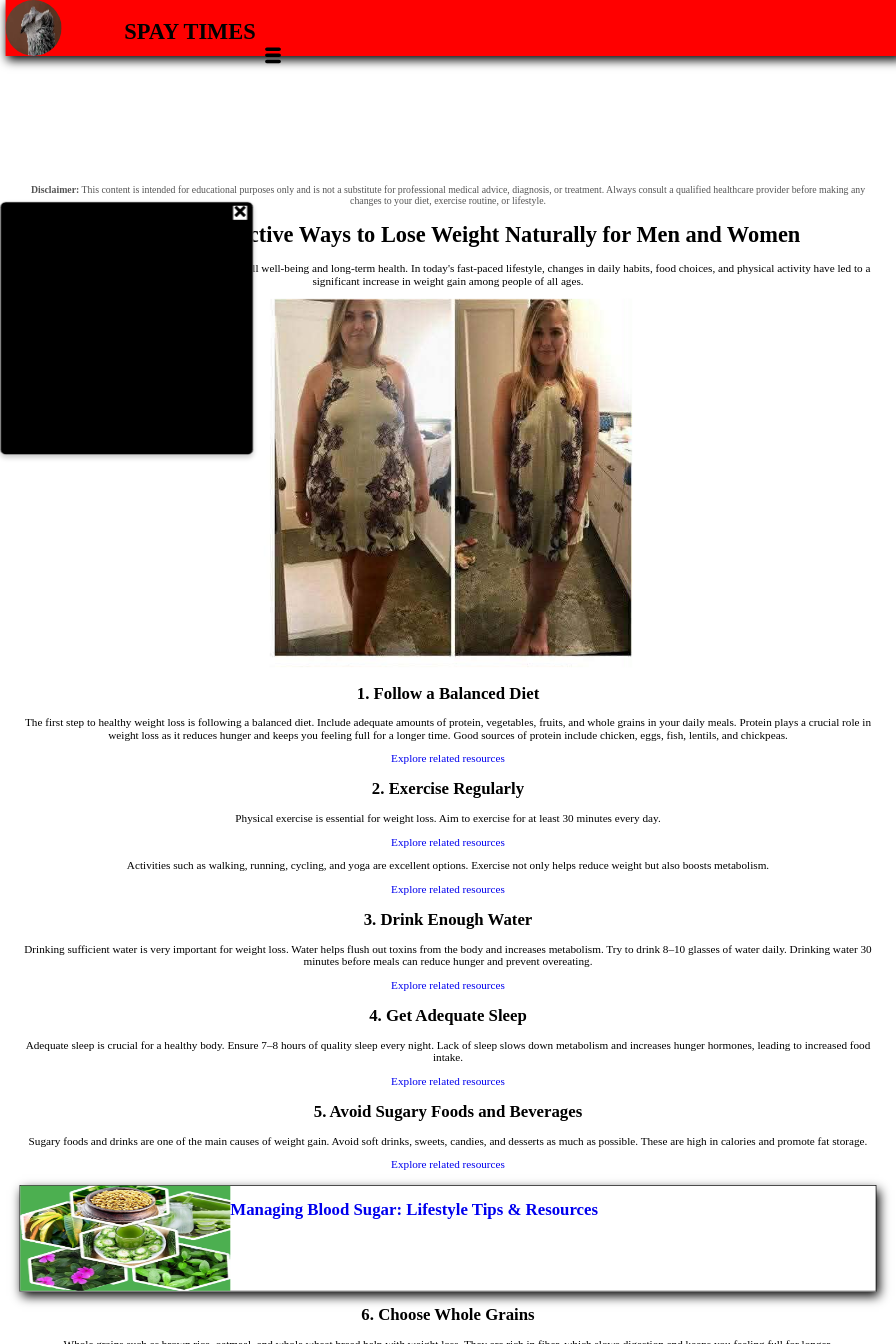
Repository: ridhukhan/spytimes
Page: /weightlose
An editor plug-in stored every save of this project. The page is shown before and after the next save, followed by the edit.
The browser window is 1280 px wide. The pictures show the part of the page from y = 0 to 1920 px (the page is 3596 px tall), at 70% of full size.
The project was rebuilt for these pictures with package versions that can differ from the ones it lists, and the page was loaded fresh each time. Also part of the build but not shown: vite.config.js, src/components/trending/Trending.jsx, src/pages/home/Home.jsx, src/components/policy/PrivecyPolicy.jsx, src/components/policy/Terms.jsx, src/components/trending/TrendingDetails.jsx, src/pages/heath/Dieabeties.jsx, src/pages/heath/Health.jsx and 1 more.

Above is the page before, as saved 2026-01-14 11:18:57.

### index.html
<!doctype html>
<html lang="en">
  <head>
    <meta charset="UTF-8" />
    <link rel="icon" type="image/svg+xml" href="/vite.svg" />
    <meta name="6a97888e-site-verification" content="945cf2ffcb6885b11db89e632c2e0750">

    <meta name="viewport" content="width=device-width, initial-scale=1.0" />
    <title>spytimes</title>
  </head>
  <body>

    <div id="root"></div>
     <script type="module" src="/src/main.jsx"></script>


  </body>
 </html>

### src/main.jsx
import {BrowserRouter} from "react-router-dom"

import { createRoot } from 'react-dom/client'
import './index.css'
import App from './App.jsx'
import { StrictMode } from "react"
createRoot(document.getElementById('root')).render(

    <BrowserRouter>
    <App />
    </BrowserRouter>

 ,
)

### src/index.css
@media screen and (max-width:414px){
  *{
    width: 100%;
    padding:0;
margin: 0;
  }

  body{
width: 100%;
background-color: white;
color: black;
  }
}

### src/App.jsx
import { Route, Routes } from "react-router-dom"
import Navbar from "./nav/Navbar"
import Home from "./pages/home/Home"
import PrivecyPolicy from "./components/policy/PrivecyPolicy"
import Terms from "./components/policy/Terms"
import TrendingDetails from "./components/trending/TrendingDetails"
import Dieabeties from "./pages/heath/Dieabeties"
import Health from "./pages/heath/Health"
import Allergy from "./pages/heath/Allergy"
import WeightLose from "./pages/heath/WeightLose"
import TopBannerAd from "./components/ads/TopAd"
import {PopUnderAd }from "./components/ads/PopunderAd"


function App() {

  return (
    <div>

   <Navbar/>
    <PopUnderAd/>
   <TopBannerAd/>

   <Routes>
    <Route path="/" element={<Home/>}/>
    <Route  path="/privecypolicy" element={<PrivecyPolicy/>}/>
    <Route  path="/Terms" element={<Terms/>}/>
    <Route  path="/Trendingdetails" element={<TrendingDetails/>}/>
    <Route path="/blood-sugar-natural-tips" element={<Dieabeties/>}/>
<Route path="/health" element={<Health/>}/>
<Route path="/allergy" element={<Allergy/>}/>
<Route path="/weightlose" element={<WeightLose/>}/>


   </Routes>
    </div>
  )
}

export default App

### src/nav/Navbar.jsx
import React from 'react'
import "./Navbar.css"
import { ImCross } from "react-icons/im";
import { TiThMenu } from "react-icons/ti";
import logo from "../assets/download.jpeg"
import { useState } from 'react';
import { Link} from 'react-router-dom';
const Navbar = () => {
    const [openmenu,setOpenmenu]=useState(false)
  return (
    <div style={{position:"fixed",backgroundColor:"red",display:"flex",
    width:"100%", height:"80px", top:"0", zIndex:"1000", boxShadow:"2px 5px 14px black"}}>
<img src={logo} alt="logo" style={{width:"80px", height:"80px", borderRadius:"100%"}}/>
<h1 style={{marginTop:"2%", marginLeft:"7%",}}>SPAY TIMES</h1>
<TiThMenu  onClick={()=>setOpenmenu(!openmenu)}  style={{width:"50px",height:"30px", marginTop:"5%", }}/>

   {openmenu? <div style={{display:"grid",position:"absolute",width:"90%",background:"black", height:"600px", zIndex:"999", marginTop:"10%", borderRadius:"19px", right:"0"}}>
<ImCross onClick={()=>setOpenmenu(null)} style={{ color:"red", left:"0", justifyContent:"flex-start", width:"50px", height:"30px"}}/>

  <ul>


    <Link to={"/"}><li>Home</li></Link>
    <li>USA</li>
    <li>UK</li>
    <li>ASIA</li>
    <Link to={"/health"}><li onClick={()=>setOpenmenu(null)}>Health</li></Link>
   <Link to={"/privecypolicy"}><li style={{color:"blue"}}>Privecy Policy</li></Link>
<Link to={"/Terms"}><li style={{color:"blue"}}>Terms &  condition</li></Link>

  </ul>










   </div>: null}
    </div>
  )
}


export default Navbar

### src/pages/heath/WeightLose.jsx
import React from 'react';
import weightlose from "../../assets/weightlose.jpeg";
import diabetes from "../../assets/diabetes01.png";
import { Link } from 'react-router-dom';
import {FullPageAdBanner} from '../../components/ads/FullPageAdBanner';
import AdBanner from '../../components/ads/AdsBanner';


const WeightLose = () => {
  return (
    <div style={{marginTop:"20%", textAlign:"center", padding: "0 20px"}}>
     <FullPageAdBanner/>
      <p style={{fontSize:"14px",color:"#555"}}>
        <strong>Disclaimer:</strong> This content is intended for educational purposes only and is not a substitute for professional medical advice, diagnosis, or treatment. Always consult a qualified healthcare provider before making any changes to your diet, exercise routine, or lifestyle.
      </p>

      <h1>Simple and Effective Ways to Lose Weight Naturally for Men and Women</h1>


      <p>Maintaining a healthy weight is essential for overall well-being and long-term health. In today's fast-paced lifestyle, changes in daily habits, food choices, and physical activity have led to a significant increase in weight gain among people of all ages.</p>

      <a href="https://www.effectivegatecpm.com/b4s3z1g3h3?key=624d68387e04f583c66e77df9c6d18a7" target='_blank' rel='nofollow'>
        <img src={weightlose} alt="Healthy lifestyle tips for supporting Weight Lose" style={{maxWidth: "100%"}} />
      </a>
      <h2>1. Follow a Balanced Diet</h2>
      <p>The first step to healthy weight loss is following a balanced diet. Include adequate amounts of protein, vegetables, fruits, and whole grains in your daily meals. Protein plays a crucial role in weight loss as it reduces hunger and keeps you feeling full for a longer time. Good sources of protein include chicken, eggs, fish, lentils, and chickpeas.</p>
      <a href="https://www.effectivegatecpm.com/b4s3z1g3h3?key=624d68387e04f583c66e77df9c6d18a7" target="_blank" rel="nofollow">
        Explore related resources
      </a>

      <h2>2. Exercise Regularly</h2>
      <p>Physical exercise is essential for weight loss. Aim to exercise for at least 30 minutes every day.</p>
      <a href="https://www.effectivegatecpm.com/b4s3z1g3h3?key=624d68387e04f583c66e77df9c6d18a7" target="_blank" rel="nofollow">
        Explore related resources
      </a>
      <p>Activities such as walking, running, cycling, and yoga are excellent options. Exercise not only helps reduce weight but also boosts metabolism.</p>
      <a href="https://www.effectivegatecpm.com/b4s3z1g3h3?key=624d68387e04f583c66e77df9c6d18a7" target="_blank" rel="nofollow">
        Explore related resources
      </a>

      <h2>3. Drink Enough Water</h2>
      <p>Drinking sufficient water is very important for weight loss. Water helps flush out toxins from the body and increases metabolism. Try to drink 8–10 glasses of water daily. Drinking water 30 minutes before meals can reduce hunger and prevent overeating.</p>
      <a href="https://www.effectivegatecpm.com/b4s3z1g3h3?key=624d68387e04f583c66e77df9c6d18a7" target="_blank" rel="nofollow">
        Explore related resources
      </a>

      <h2>4. Get Adequate Sleep</h2>
      <p>Adequate sleep is crucial for a healthy body. Ensure 7–8 hours of quality sleep every night. Lack of sleep slows down metabolism and increases hunger hormones, leading to increased food intake.</p>
      <a href="https://www.effectivegatecpm.com/b4s3z1g3h3?key=624d68387e04f583c66e77df9c6d18a7" target="_blank" rel="nofollow">
        Explore related resources
      </a>

      <h2>5. Avoid Sugary Foods and Beverages</h2>
      <p>Sugary foods and drinks are one of the main causes of weight gain. Avoid soft drinks, sweets, candies, and desserts as much as possible. These are high in calories and promote fat storage.</p>
      <a href="https://www.effectivegatecpm.com/b4s3z1g3h3?key=624d68387e04f583c66e77df9c6d18a7" target="_blank" rel="nofollow">
        Explore related resources
      </a>

      <div style={{display:"flex", boxShadow:"4px 7px 15px black", border:"1px solid black", margin: "20px 0"}}>
        <img src={diabetes} alt="Healthy lifestyle tips for supporting blood sugar" style={{width:"300px", height:"150px"}}/>
        <Link to={"/blood-sugar-natural-tips"}><h2>Managing Blood Sugar: Lifestyle Tips & Resources</h2></Link>
      </div>



      <h2>6. Choose Whole Grains</h2>
      <p>Whole grains such as brown rice, oatmeal, and whole wheat bread help with weight loss. They are rich in fiber, which slows digestion and keeps you feeling full for longer.</p>
      <a href="https://www.effectivegatecpm.com/b4s3z1g3h3?key=624d68387e04f583c66e77df9c6d18a7" target="_blank" rel="nofollow">
        Explore related resources
      </a>

      <h2>7. Eat Smaller Meals More Frequently</h2>
      <a href="https://www.effectivegatecpm.com/b4s3z1g3h3?key=624d68387e04f583c66e77df9c6d18a7" target="_blank" rel="nofollow">
        Explore related resources
      </a>
      <p>Eating smaller meals more frequently is more effective than consuming large meals. Aim for 5–6 small meals per day that include protein- and fiber-rich foods. This helps boost metabolism and control hunger.</p>
      <a href="https://www.effectivegatecpm.com/b4s3z1g3h3?key=624d68387e04f583c66e77df9c6d18a7" target="_blank" rel="nofollow">
        Explore related resources
      </a>

      <h2>8. Drink Green Tea</h2>
      <p>Green tea contains antioxidants that help increase metabolism and promote fat burning. Try to drink 2–3 cups of green tea daily.</p>
      <a href="https://www.effectivegatecpm.com/b4s3z1g3h3?key=624d68387e04f583c66e77df9c6d18a7" target="_blank" rel="nofollow">
        Explore related resources
      </a>

      <h2>9. Eat Plenty of Vegetables and Fruits</h2>
      <p>Vegetables and fruits are highly beneficial for weight loss. They are rich in fiber and essential vitamins such as A, C, and K. These foods keep you full and reduce unnecessary calorie intake.</p>

      <h2>10. Manage Stress</h2>
      <p>Stress can contribute to weight gain. To manage stress, practice meditation, yoga, and breathing exercises. These activities help calm the mind and support weight loss.</p>

      <h2>11. Control Portion Sizes</h2>
      <p>Portion control is an important part of weight loss. Use smaller plates to help reduce portion sizes. Eat mindfully so you can enjoy your food and avoid overeating.</p>

      <h2>12. Replace Sugary Drinks with Natural Beverages</h2>
      <p>Avoid sugary drinks and opt for natural beverages such as lemon water, coconut water, and fresh fruit juices. These are lower in calories and help keep the body hydrated.</p>

      <h2>13. Stay Active Throughout the Day</h2>
      <p>Try to stay active in your daily routine. Use stairs instead of elevators, walk short distances, and take breaks from sitting. Staying active boosts metabolism and supports weight loss.</p>

      <h2>14. Consume Adequate Protein</h2>
      <p>Protein-rich foods help with weight loss by reducing hunger and keeping you full longer. Eggs, chicken, fish, and lentils are excellent protein sources.</p>

      <h2>15. Choose Healthy Snacks</h2>
      <p>When snacking, choose healthy options such as nuts, fruits, and yogurt. These are nutrient-rich and relatively low in calories.</p>

      <h2 style={{marginTop: "40px"}}>Benefits of Weight Loss</h2>

      <h3>1. Reduced Risk of Heart Disease</h3>
      <p>Weight loss significantly reduces the risk of heart disease. Excess weight contributes to high blood pressure, high cholesterol, and type 2 diabetes, all of which increase heart disease risk.</p>

      <h3>2. Better Diabetes Control</h3>
      <p>Weight loss helps control type 2 diabetes by improving insulin sensitivity and regulating blood sugar levels.</p>

      <h3>3. Improved Blood Pressure</h3>
      <p>Losing weight reduces pressure on blood vessels, improving blood circulation and helping control high blood pressure.</p>

      <h3>4. Protection of Bones and Joints</h3>
      <p>Excess weight puts additional stress on bones and joints, increasing the risk of arthritis. Weight loss reduces this strain and supports joint health.</p>

      <h3>5. Improved Breathing and Sleep Quality</h3>
      <p>Weight loss helps reduce breathing difficulties and improves sleep quality, especially in people affected by sleep-related breathing problems.</p>

      <h3>6. Better Mental Health</h3>
      <p>Losing weight improves mental well-being by boosting confidence and reducing stress. It helps individuals feel better both physically and emotionally.</p>

      <h3>7. Increased Energy and Activity</h3>
      <p>Weight loss increases energy levels and physical activity. A lighter body makes daily tasks easier and improves overall performance.</p>

      <h2 style={{marginTop: "40px"}}>Conclusion</h2>
      <p>Weight loss is a gradual process that requires time, patience, and consistency. By following a balanced diet, exercising regularly, and maintaining a healthy lifestyle, successful weight loss is achievable. Give yourself time, set realistic goals, and be kind to yourself as you work toward better health.</p>
<AdBanner/>

    </div>
  );
};

export default WeightLose;

### src/components/ads/TopAd.jsx
import { useEffect } from "react";

const TopBannerAd = () => {
  useEffect(() => {
    // Prevent duplicate script load
    if (!document.querySelector('script[src="https://a.magsrv.com/ad-provider.js"]')) {
      const script = document.createElement("script");
      script.src = "https://a.magsrv.com/ad-provider.js";
      script.async = true;
      script.type = "application/javascript";
      document.body.appendChild(script);
    }

    // Push ad after script load
    window.AdProvider = window.AdProvider || [];
    window.AdProvider.push({ serve: {} });
  }, []);

  return (
    <div
      style={{
        width: "100%",
        display: "flex",
        justifyContent: "center",
        margin: "10px 0",
      }}
    >
      <ins
        className="eas6a97888e10"
        data-zoneid="5827828"
        style={{ display: "block" }}
      ></ins>
    </div>
  );
};

export default TopBannerAd;

### src/components/ads/PopunderAd.jsx
import { useEffect } from "react";

export const PopUnderAd = () => {
  useEffect(() => {
    // prevent duplicate popunder load
    if (window.__exoPopLoaded) return;
    window.__exoPopLoaded = true;

    const script = document.createElement("script");
    script.type = "application/javascript";

    script.innerHTML = `
      (function() {
        var adConfig = {
          ads_host: "a.pemsrv.com",
          syndication_host: "s.pemsrv.com",
          idzone: 5827850,
          popup_fallback: false,
          popup_force: false,
          chrome_enabled: true,
          new_tab: false,
          frequency_period: 30,
          frequency_count: 1,
          trigger_method: 3,
          trigger_class: "",
          trigger_delay: 0,
          capping_enabled: true,
          tcf_enabled: true,
          only_inline: false
        };

        if (typeof popMagic !== "undefined") {
          popMagic.init(adConfig);
        } else {
          var s = document.createElement("script");
          s.src = "//a.pemsrv.com/popunder1000.js";
          s.async = true;
          document.body.appendChild(s);

          s.onload = function () {
            if (typeof popMagic !== "undefined") {
              popMagic.init(adConfig);
            }
          };
        }
      })();
    `;

    document.body.appendChild(script);
  }, []);

  return null; // popunder has no UI
};

### src/nav/Navbar.css
ul li{
text-align: center;
    color: aliceblue;
    border-bottom: 2px solid white;
    font-size: 40px;
    list-style: none;
    cursor: pointer;

}
ul li:hover{
    background-color: brown;
}
a{
    text-decoration: none;
}

### src/components/ads/AdsBanner.jsx
import { useEffect } from "react";

const AdBanner = () => {
  useEffect(() => {
    // স্ক্রিপ্ট তৈরি করা
    const script = document.createElement("script");
    script.src = "https://a.magsrv.com/ad-provider.js";
    script.async = true;
    script.type = "application/javascript";
    document.body.appendChild(script);

    // স্ক্রিপ্ট লোড হয়ে গেলে AdProvider push করা
    script.onload = () => {
      window.AdProvider = window.AdProvider || [];
      window.AdProvider.push({ serve: {} });
    };

    // ক্লিনআপ
    return () => {
      document.body.removeChild(script);
    };
  }, []);

  return (
    <div>
      <ins className="eas6a97888e14" data-zoneid="5827854"></ins>
    </div>
  );
};

export default AdBanner;

### src/components/ads/FullPageAdBanner.jsx
import { useEffect, useState } from "react";
import { ImCross } from "react-icons/im";

 export const FullPageAdBanner = () => {
  const [isVisible, setIsVisible] = useState(true);

  useEffect(() => {
    // স্ক্রিপ্ট তৈরি করা
    const script = document.createElement("script");
    script.src = "https://a.pemsrv.com/ad-provider.js";
    script.async = true;
    script.type = "application/javascript";
    document.body.appendChild(script);

    // স্ক্রিপ্ট লোড হলে push করা
    script.onload = () => {
      window.AdProvider = window.AdProvider || [];
      window.AdProvider.push({ serve: {} });
    };

    // ক্লিনআপ
    return () => {
      document.body.removeChild(script);
    };
  }, []);

  if (!isVisible) return null; // cross click করলে hide হবে

  // popup style
  const popupStyle = {
    position: "fixed",
    top: "40%",
    left: "0",
    width: "350px",
    height: "350px",
    backgroundColor: "#000",
    border: "1px solid #ccc",
    boxShadow: "0 4px 8px rgba(0,0,0,0.2)",
    zIndex: 9999,
    padding: "5px",
    borderRadius: "8px",
  };

  const closeButtonStyle = {
    position: "absolute",
    top: "5px",
    right: "8px",
    cursor: "pointer",
    fontWeight: "bold",
    fontSize: "16px",
    backgroundColor:"#fff",
    width:"20px"
  };

  return (
    <div style={popupStyle}>
      <span style={closeButtonStyle} onClick={() => setIsVisible(false)}>
        <ImCross />
      </span>
      <ins className="eas6a97888e33" data-zoneid="5827872"></ins>
    </div>
  );
};

After the next save:
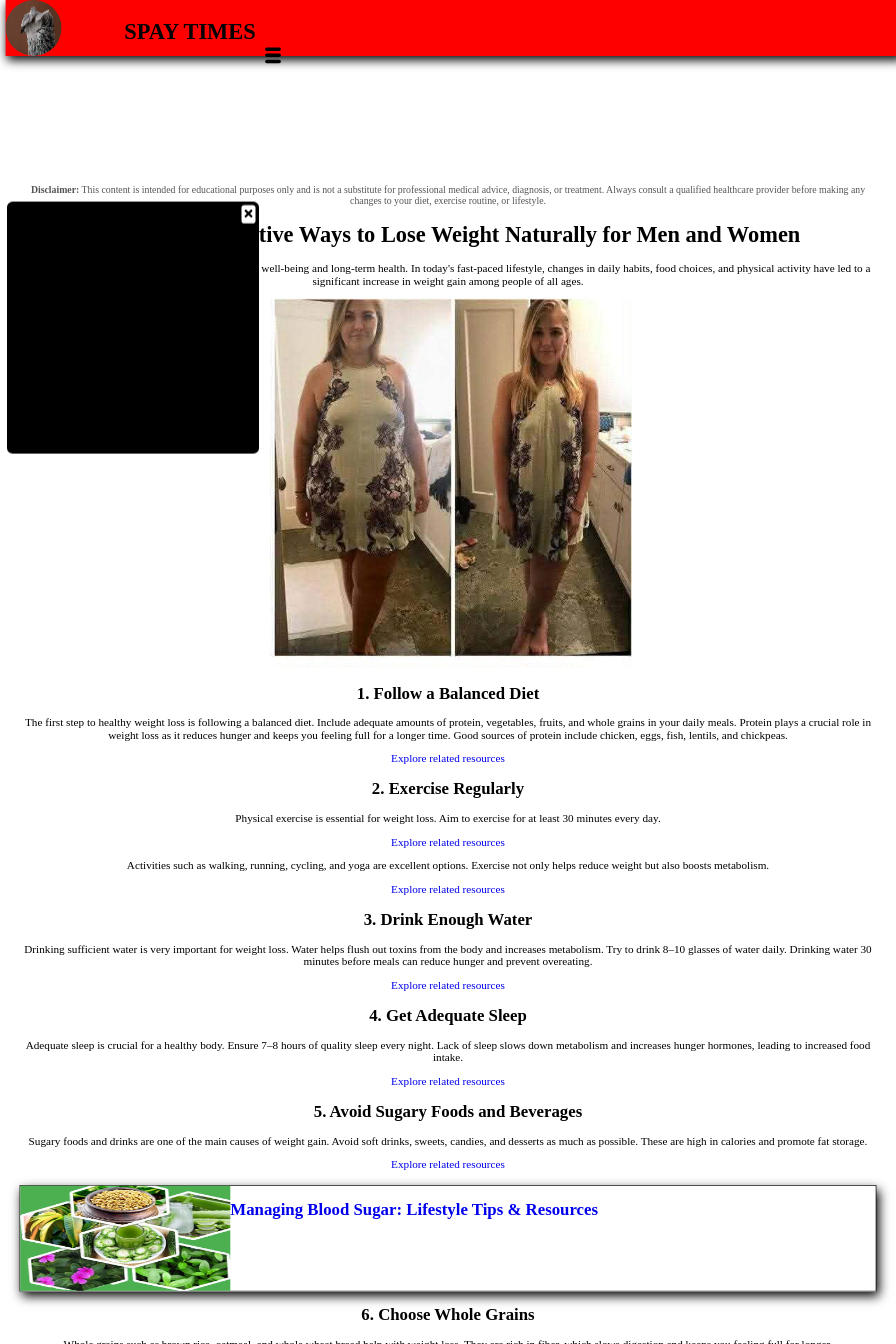
Saved 2 min 46 s later.
--- a/src/components/ads/FullPageAdBanner.jsx
+++ b/src/components/ads/FullPageAdBanner.jsx
@@ -1,41 +1,49 @@
-import { useEffect, useState } from "react";
+import { useEffect, useState, useRef } from "react";
 import { ImCross } from "react-icons/im";
 
- export const FullPageAdBanner = () => {
+export const FullPageAdBanner = () => {
   const [isVisible, setIsVisible] = useState(true);
+  const adRef = useRef(null);
 
   useEffect(() => {
-    // স্ক্রিপ্ট তৈরি করা
-    const script = document.createElement("script");
-    script.src = "https://a.pemsrv.com/ad-provider.js";
-    script.async = true;
-    script.type = "application/javascript";
-    document.body.appendChild(script);
+    // যদি আগেই script থাকে তাহলে আবার load করবো না
+    if (!window.__adProviderLoaded) {
+      const script = document.createElement("script");
+      script.src = "https://a.pemsrv.com/ad-provider.js";
+      script.async = true;
+      script.type = "application/javascript";
 
-    // স্ক্রিপ্ট লোড হলে push করা
-    script.onload = () => {
-      window.AdProvider = window.AdProvider || [];
-      window.AdProvider.push({ serve: {} });
-    };
+      script.onload = () => {
+        window.__adProviderLoaded = true;
 
-    // ক্লিনআপ
-    return () => {
-      document.body.removeChild(script);
-    };
+        // একটু delay দিয়ে serve call
+        setTimeout(() => {
+          if (window.AdProvider && adRef.current) {
+            window.AdProvider.push({ serve: {} });
+          }
+        }, 300);
+      };
+
+      document.body.appendChild(script);
+    } else {
+      // script আগেই থাকলে শুধু serve call
+      setTimeout(() => {
+        if (window.AdProvider && adRef.current) {
+          window.AdProvider.push({ serve: {} });
+        }
+      }, 300);
+    }
   }, []);
 
-  if (!isVisible) return null; // cross click করলে hide হবে
+  if (!isVisible) return null;
 
-  // popup style
   const popupStyle = {
     position: "fixed",
     top: "40%",
-    left: "0",
+    left: "10px",
     width: "350px",
     height: "350px",
     backgroundColor: "#000",
-    border: "1px solid #ccc",
-    boxShadow: "0 4px 8px rgba(0,0,0,0.2)",
     zIndex: 9999,
     padding: "5px",
     borderRadius: "8px",
@@ -44,20 +52,26 @@ import { ImCross } from "react-icons/im";
   const closeButtonStyle = {
     position: "absolute",
     top: "5px",
-    right: "8px",
+    right: "5px",
     cursor: "pointer",
-    fontWeight: "bold",
-    fontSize: "16px",
-    backgroundColor:"#fff",
-    width:"20px"
+    backgroundColor: "#fff",
+    padding: "4px",
+    borderRadius: "4px",
+    zIndex: 10000,
   };
 
   return (
     <div style={popupStyle}>
       <span style={closeButtonStyle} onClick={() => setIsVisible(false)}>
-        <ImCross />
+        <ImCross size={12} />
       </span>
-      <ins className="eas6a97888e33" data-zoneid="5827872"></ins>
+
+      <ins
+        ref={adRef}
+        className="eas6a97888e33"
+        data-zoneid="5827872"
+        style={{ display: "block", width: "100%", height: "100%" }}
+      ></ins>
     </div>
   );
 };
